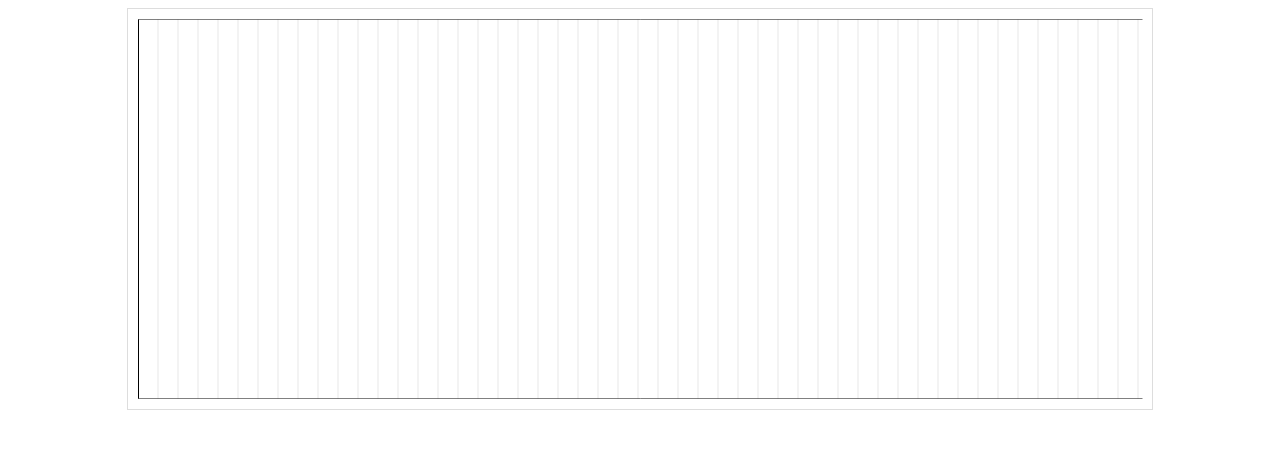
Repository: cw19931024/Demo
Page: canvas.html
These files come from the project's save history. The page is drawn as it stood at one moment and after the next save; the edit follows.
The browser window is 1280 px wide. The pictures show the whole page.

Above is the page before, as saved 2017-07-26 18:06:45.

After the next save:
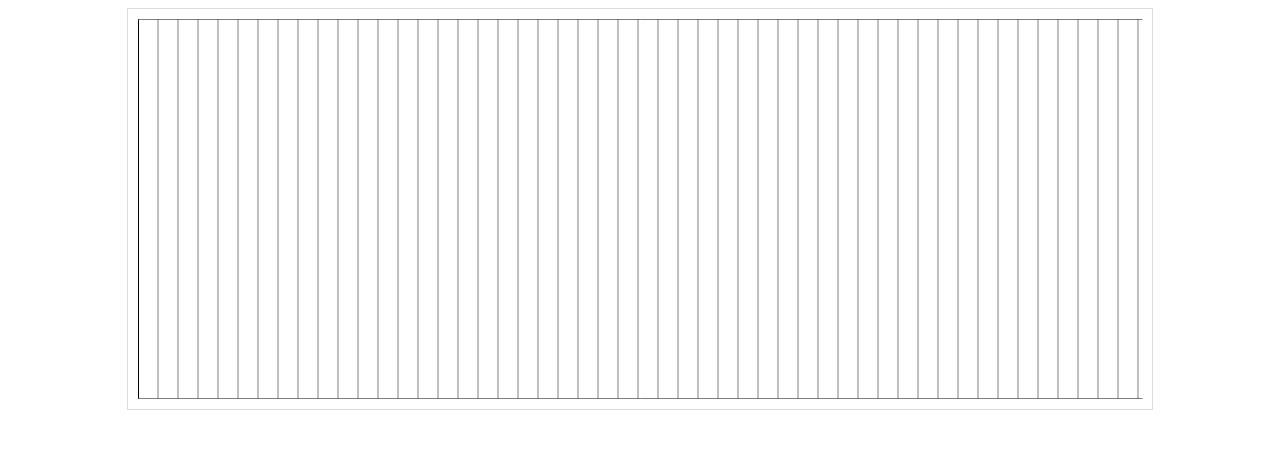
Saved 7 s later.
--- a/canvas.html
+++ b/canvas.html
@@ -52,7 +52,7 @@
 
     for (var i = 20; i < width; i+=20) {
         context.beginPath();
-        context.lineWidth = 0.1;
+        context.lineWidth = 0.5;
         // context.strokeStyle='#ccc';
         context.moveTo(i +10, height - padding - 10);
         context.lineTo(i +10, padding + 10);
